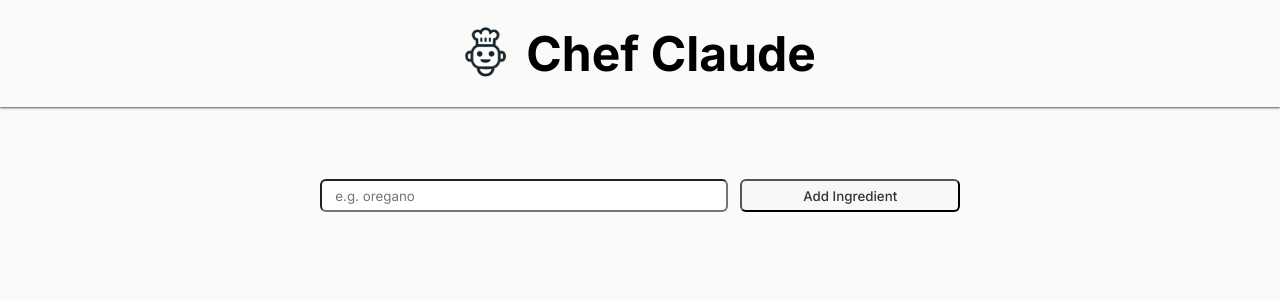
Repository: AchrafAzzaoui/Chef_Claude--React_Course_Scrimba_Project
Page: / (app in project/)
The author's editor kept a copy of each file at every save. The page is drawn from the files as they stood at one save, then again after the next save.
The browser window is 1280 px wide. The pictures show the whole page.
The project was rebuilt for these pictures with package versions that can differ from the ones it lists, and the page was loaded fresh each time. Also part of the build but not shown: project/vite.config.js.

Above is the page before, as saved 2024-12-01 13:46:49.

### project/index.html
<!DOCTYPE html>
<html lang="en">
  <head>
    <meta charset="UTF-8" />
    <link rel="icon" type="image/svg+xml" href="/vite.svg" />
    <meta name="viewport" content="width=device-width, initial-scale=1.0" />
    <link rel="preconnect" href="https://fonts.googleapis.com" />
    <link rel="preconnect" href="https://fonts.gstatic.com" crossorigin />
    <link
      href="https://fonts.googleapis.com/css2?family=Inter:ital,opsz,wght@0,14..32,100..900;1,14..32,100..900&display=swap"
      rel="stylesheet"
    />
    <link rel="stylesheet" href="/index.css" />
    <title>Chef Claude</title>
  </head>
  <body>
    <div id="root"></div>
    <script type="module" src="/src/index.jsx"></script>
  </body>
</html>

### project/index.css
* {
  margin: 0;
  padding: 0;
  box-sizing: border-box;
  font-family: "Inter";
}
body {
  background-color: #fafaf8;
}
.header {
  display: flex;
  justify-content: center;
  align-items: center;
  padding: 1.5em 0;
  box-shadow: 0px 1px 3px 0px rgba(0, 0, 0, 0.1),
    0px 1px 2px 0px rgba(0, 0, 0, 0.6);
}
.header .logo {
  margin-right: 1.2em;
}
.header .logo img {
  max-width: 45px;
}
.header .title {
  font-weight: 300;
  font-size: 32px;
}

.main-container {
  /* max-width: 45em; Same calculation */
  max-width: 720px;
  margin: 0 auto;
  padding: 1.5em; /* Maintain consistent padding */
}
/* Form styling for add ingredient form */

.add-ingredient-form {
  padding: 2em 0;
  max-width: 720px;
  margin: 0 auto;
}

.add-ingredient-form .form-group {
  padding: 1em;
  display: flex;
  justify-content: center;
  align-items: center;
  gap: 12px;
}

.add-ingredient-form .form-group input {
  padding: 0.5em 1em;
  flex: 2;
  border-radius: 6px;
}

.add-ingredient-form .form-group button {
  padding: 0.5em 1em;
  flex: 1;
  border-radius: 6px;
  background-color: #f8f8f8;
  color: #333;
  font-weight: 500;
  cursor: pointer;
}

### project/src/index.jsx
import { StrictMode } from "react";
import { createRoot } from "react-dom/client";
import App from "./app.jsx";

createRoot(document.getElementById("root")).render(
  <StrictMode>
    <App />
  </StrictMode>
);

### project/src/app.jsx
import Header from "./components/Header";
import Main from "./components/Main";

export default function App() {
  return (
    <>
      <Header />
      <Main />
    </>
  );
}

### project/src/components/Header.jsx
import chefClaudeIcon from "../assets/chef_claude_icon.svg";

export default function Header() {
  return (
    <header className="header">
      <div className="logo">
        <img src={chefClaudeIcon} alt="Chef Claude Icon" />
      </div>
      <div className="title">
        <h2>Chef Claude</h2>
      </div>
    </header>
  );
}

### project/src/components/Main.jsx
import Form from "./Form";

export default function Main() {
  return (
    <main className="main-container">
      <Form />
    </main>
  );
}

### project/src/components/Form.jsx
export default function Form() {
  return (
    <form className="add-ingredient-form">
      <div className="form-group">
        <input type="text" placeholder="e.g. oregano" />
        <button type="submit">Add Ingredient</button>
      </div>
    </form>
  );
}

After the next save:
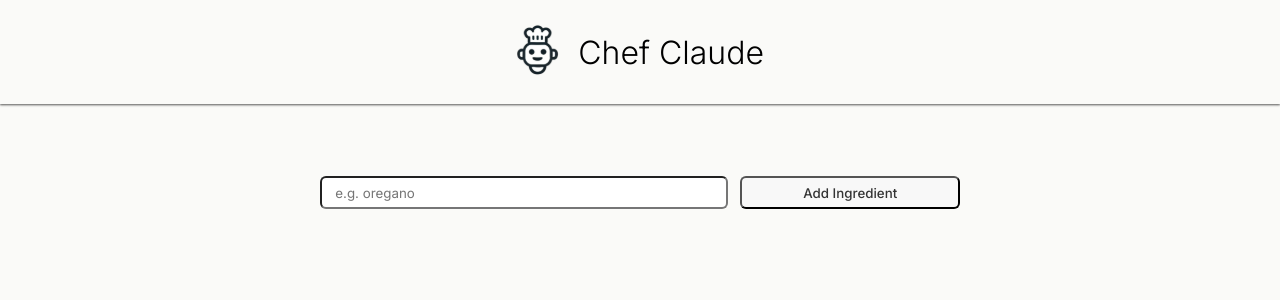
Saved 49 s later.
--- a/project/index.css
+++ b/project/index.css
@@ -21,7 +21,7 @@
 .header .logo img {
   max-width: 45px;
 }
-.header .title {
+.header .title h2 {
   font-weight: 300;
   font-size: 32px;
 }
